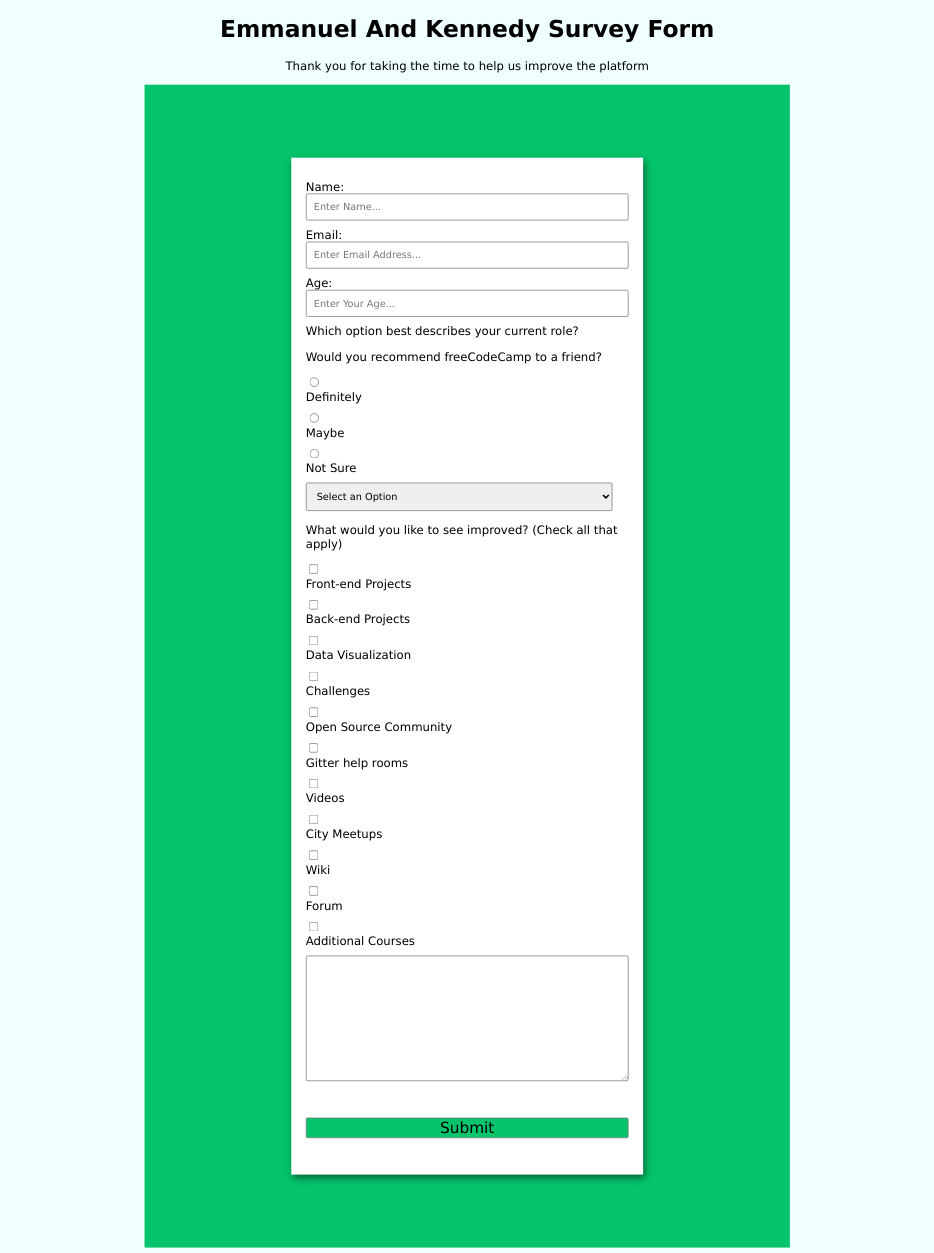
Repository: kennedyowusu/EmmaAndKen
Page: index.html
The author's editor kept a copy of each file at every save. The page is drawn from the files as they stood at one save, then again after the next save.
The browser window is 1280 px wide. The pictures show the whole page, at 73% of full size.

Above is the page before, as saved 2022-08-14 11:58:40.

### index.html
<!DOCTYPE html>
<html lang="en">
  <head>
    <meta charset="UTF-8" />
    <title>Fork Me! FCC: Test Suite Template</title>
    <link rel="stylesheet" href="css/style.css" />
  </head>

  <body>
    <script src="https://cdn.freecodecamp.org/testable-projects-fcc/v1/bundle.js"></script>

    <!--
    Hello Camper!
    For now, the test suite only works in Chrome!
    Please read the README below in the JS Editor before beginning.
    Feel free to delete this message once you have read it.
    Good luck and Happy Coding!
    - The freeCodeCamp Team
    -->

    <div class="heading">
      <h1 id="title">Emmanuel And Kennedy Survey Form</h1>
      <p id="description">
        Thank you for taking the time to help us improve the platform
      </p>
      <div class="form-main">
        <form id="survey-form">
          <label id="name-label">
            Name:
            <input type="text" id="name" required placeholder="Enter Name..." />
          </label>

          <label id="email-label">
             Email:
            <input
              type="email"
              id="email"
              required
              placeholder="Enter Email Address..."
            />
          </label>

          <label id="number-label">
             Age:
            <input
              type="number"
              min="0"
              max="9"
              id="number"

              placeholder="Enter Your Age..."
            />
          </label>

          <label>Which option best describes your current role?</label>


          <div>
            <p>Would you recommend freeCodeCamp to a friend?</p>
            <input type="radio" name="radio" value="1" id="radio1" />
            <label for="radio1">Definitely</label>

            <input type="radio" name="radio" value="2" id="radio2" />
            <label for="radio2">Maybe</label>

            <input type="radio" name="radio" value="3" id="radio3" />
            <label for="radio3">Not Sure</label>
          </div>

          <select name="" id="">
            <option value="">
              Select an Option
            </option>

            <option value="1">
              Challenges
            </option>

            <option value="2">
              Projects
            </option>

            <option value="3">
              Community
            </option>

            <option value="4">
              Open Source
            </option>
          </select>


          <div>
            <p>What would you like to see improved? (Check all that apply)</p>

            <input type="checkbox" name="checkbox" value="1" id="checkbox1" />
            <label for="checkbox1">Front-end Projects</label>

            <input type="checkbox" name="checkbox" value="2" id="checkbox2" />
            <label for="checkbox2">Back-end Projects</label>

            <input type="checkbox" name="checkbox" value="3" id="checkbox3" />
            <label for="checkbox3">Data Visualization</label>

            <input type="checkbox" name="checkbox" value="4" id="checkbox4" />
            <label for="checkbox4">Challenges</label>

            <input type="checkbox" name="checkbox" value="5" id="checkbox5" />
            <label for="checkbox5">Open Source Community</label>

            <input type="checkbox" name="checkbox" value="6" id="checkbox6" />
            <label for="checkbox6">Gitter help rooms</label>

            <input type="checkbox" name="checkbox" value="7" id="checkbox7" />
            <label for="checkbox7">Videos</label>

            <input type="checkbox" name="checkbox" value="8" id="checkbox8" />
            <label for="checkbox8">City Meetups</label>

            <input type="checkbox" name="checkbox" value="9" id="checkbox9" />
            <label for="checkbox9">Wiki</label>

            <input type="checkbox" name="checkbox" value="10" id="checkbox10" />
            <label for="checkbox10">Forum</label>

            <input type="checkbox" name="checkbox" value="11" id="checkbox11" />
            <label for="checkbox11">Additional Courses</label>

          </div>

          <div>
            <textarea name="" id="" cols="30" rows="10"></textarea>
          </div>

          <button id="submit" type="submit">Submit</button>
        </form>
      </div>
    </div>

    <script src="js/index.js"></script>
  </body>
</html>

### css/style.css
body {
    background-color: azure;
    font-family: Verdana, Geneva, Tahoma, sans-serif;
    text-align: center;
}

.form-main {
    text-align: left;
    margin-bottom: 25px;
    background-color: #05c46b;
    width: 70%;
    margin: auto;
    display: flex;
    flex-direction: column;
    align-items: center;
}

form {
    background-color: #fff;
    max-width: 50%;
    margin: 100px auto;
    padding: 30px 20px;
    box-shadow: 2px 5px 10px rgba(0, 0, 0, 0.5);
}

.form-main label {
    display: block;
    margin-bottom: 10px;
}

.selected {
    display: block;
}

.form-main input,
.form-main select,
.form-main textarea {
    border: 1px solid #777;
    border-radius: 2px;
    font-family: inherit;
    padding: 10px;
    display: block;
    width: 95%;
}

.form-main input[type="radio"],
.form-main input[type="checkbox"] {
    display: inline-block;
    width: auto;
}

button {
    background-color: #05c46b;
    border: 1px solid #777;
    border-radius: 2px;
    font-family: inherit;
    font-size: 21px;
    display: block;
    width: 100%;
    margin-top: 50px;
    margin-bottom: 20px;
}

### js/index.js
// !! IMPORTANT README:

// You may add additional external JS and CSS as needed to complete the project, however the current external resource MUST remain in place for the tests to work. BABEL must also be left in place.

/***********
INSTRUCTIONS:
  - Select the project you would
    like to complete from the dropdown
    menu.
  - Click the "RUN TESTS" button to
    run the tests against the blank
    pen.
  - Click the "TESTS" button to see
    the individual test cases.
    (should all be failing at first)
  - Start coding! As you fulfill each
    test case, you will see them go
    from red to green.
  - As you start to build out your
    project, when tests are failing,
    you should get helpful errors
    along the way!
    ************/

// PLEASE NOTE: Adding global style rules using the * selector, or by adding rules to body {..} or html {..}, or to all elements within body or html, i.e. h1 {..}, has the potential to pollute the test suite's CSS. Try adding: * { color: red }, for a quick example!

// Once you have read the above messages, you can delete all comments.
"use strict";

After the next save:
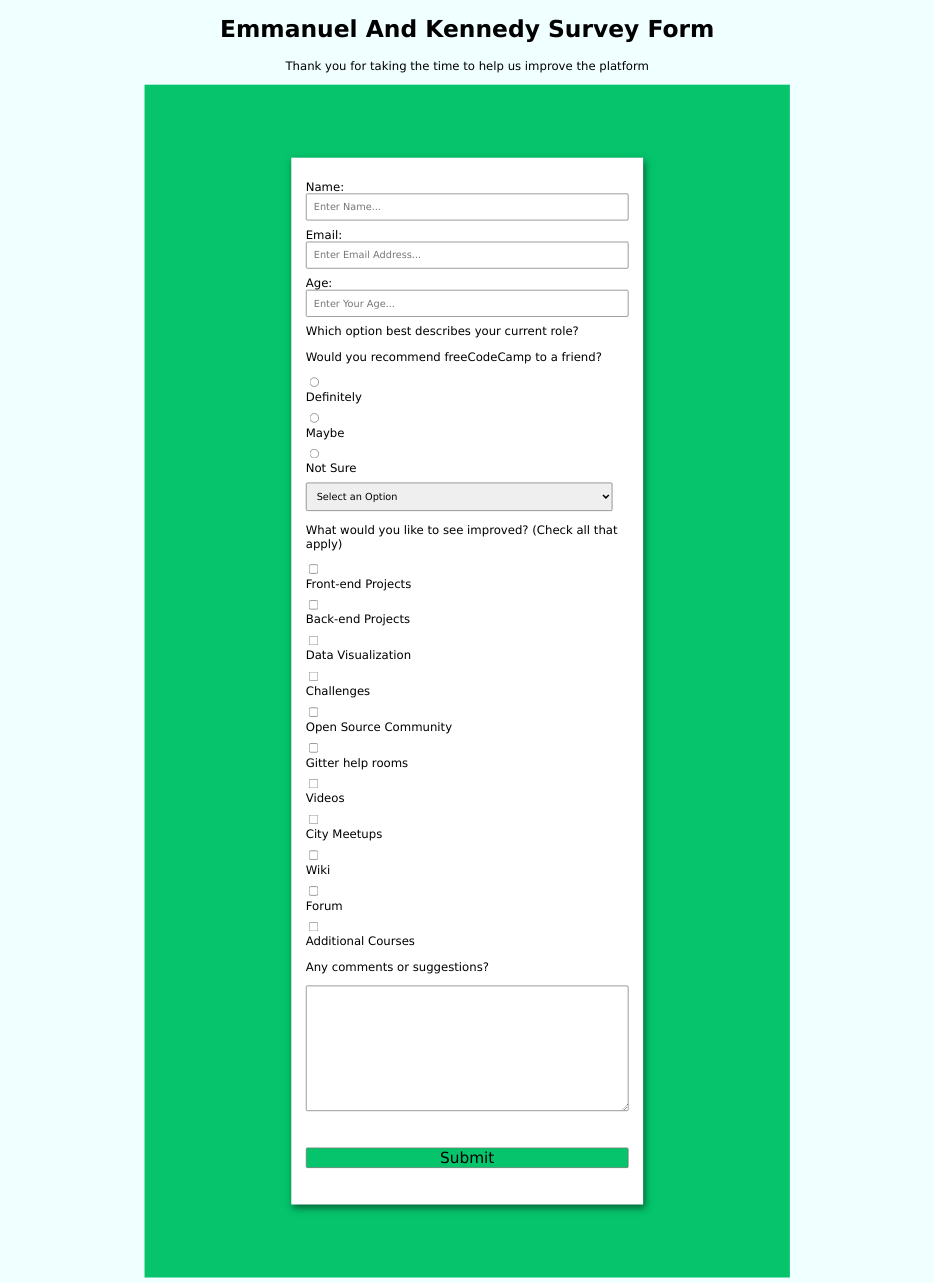
Saved 30 s later.
--- a/index.html
+++ b/index.html
@@ -128,7 +128,9 @@
 
           </div>
 
+
           <div>
+            <p>Any comments or suggestions?</p>
             <textarea name="" id="" cols="30" rows="10"></textarea>
           </div>
 
